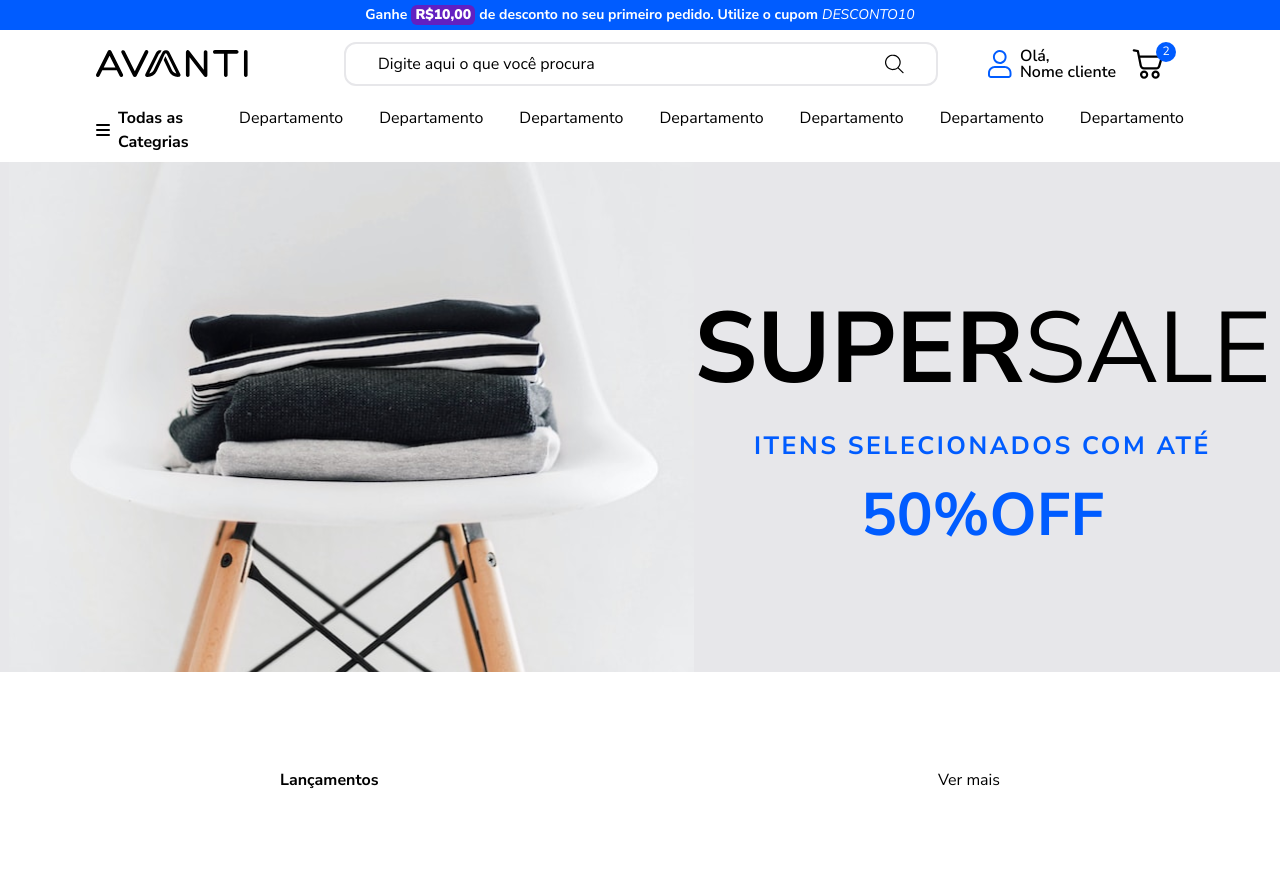
Repository: chidekina/avanti-01
Page: index.html
The author's editor kept a copy of each file at every save. The page is drawn from the files as they stood at one save, then again after the next save.
The browser window is 1280 px wide. The pictures show the whole page.

Above is the page before, as saved 2025-04-04 14:44:33.

### index.html
<!DOCTYPE html>
<html lang="en">
  <head>
    <meta charset="UTF-8" />
    <meta name="viewport" content="width=device-width, initial-scale=1.0" />
    <script src="https://cdn.jsdelivr.net/npm/@tailwindcss/browser@4"></script>
    <link rel="preconnect" href="https://fonts.googleapis.com" />
    <link rel="preconnect" href="https://fonts.gstatic.com" crossorigin />
    <link href="https://fonts.googleapis.com/css2?family=Nunito+Sans:ital,opsz,wght@0,6..12,200..1000;1,6..12,200..1000&family=Nunito:ital,wght@0,200..1000;1,200..1000&display=swap" rel="stylesheet" />
    <link rel="stylesheet" href="style.css" />
    <title>Avanti</title>
  </head>
  <body>
    <header class="mb-2">
      <h1 class="flex justify-center items-center bg-(--primary-color) text-white text-sm h-[30px] font-bold">
        Ganhe
        <b class="flex justify-center mx-1 bg-[#6220C1] heigth-[16px] w-[64px] rounded-md">R$10,00</b>
        de desconto no seu primeiro pedido. Utilize o cupom
        <i class="font-normal ml-1">DESCONTO10</i>
      </h1>
      <div class="mt-3 mb-5 px-24 flex justify-between w-full">
        <div class="flex gap-24">
          <img src="./assets/logo.svg" alt="Avanti Logo" class="w-[152px]" />
          <label>
            <div class="flex justify-between py-2 border-2 border-solid border-(--bg-color) px-8 rounded-xl cursor-text w-[594px]">
              <input type="text" placeholder="Digite aqui o que você procura" class="placeholder-black outline-none focus:placeholder-transparent w-1/2" />
              <img src="./assets/search.svg" />
            </div>
          </label>
        </div>
        <div class="flex gap-4">
          <div class="flex gap-2 items-center">
            <img src="./assets/user.svg" alt="icone do usuario" class="w-[24px]" />
            <h6 class="leading-none font-semibold">
              Olá,<br />
              Nome cliente
            </h6>
          </div>
          <div class="flex">
            <img src="./assets/cart.svg" alt="imagem de um carrinho de compras" class="w-[32px]" />
            <div class="relative bg-(--primary-color) w-[20px] h-[20px] text-center text-white text-[12px] rounded-full right-2">2</div>
          </div>
        </div>
      </div>
      <div class="flex px-24 w-full">
        <ul class="flex gap-9">
          <a href="#">
            <div class="flex gap-2">
              <img src="./assets/menu-hamburger.svg" alt="menu hamburguer" />
              <h5 class="font-bold">Todas as Categrias</h5>
            </div>
          </a>
          <a href="#"> Departamento </a>
          <a href="#"> Departamento </a>
          <a href="#"> Departamento </a>
          <a href="#"> Departamento </a>
          <a href="#"> Departamento </a>
          <a href="#"> Departamento </a>
          <a href="#"> Departamento </a>
        </ul>
      </div>
    </header>
    <main>
      <section class="flex justify-center items-center w-full height-[510px] bg-(--bg-color) font-(--font-secondary)">
        <img src="./assets/chair.svg" alt="Foto de uma cadeira com roupas dobradas em cima" />
        <div class="flex flex-col gap-1 text-center">
          <h1 class="text-[100px]"><b>SUPER</b>SALE</h1>
          <h4 class="text-[25px] text-(--primary-color) font-bold tracking-widest">ITENS SELECIONADOS COM ATÉ</h4>
          <h4 class="text-[60px] text-(--primary-color) font-bold">50%OFF</h4>
        </div>
      </section>
      <section class="py-[96px] px-[280px]">
        <div>
          <div class="flex justify-between">
            <h3 class="font-bold font-[20px]">Lançamentos</h3>
            <h4>Ver mais</h4>
          </div>
        </div>
      </section>
    </main>
  </body>
</html>

### style.css
:root {
    font-family: "Nunito Sans", sans-serif;
    --primary-color: #005CFF;
    --bg-color: #E7E7EA;
    --font-secondary: "Nunito", sans-serif;
}

After the next save:
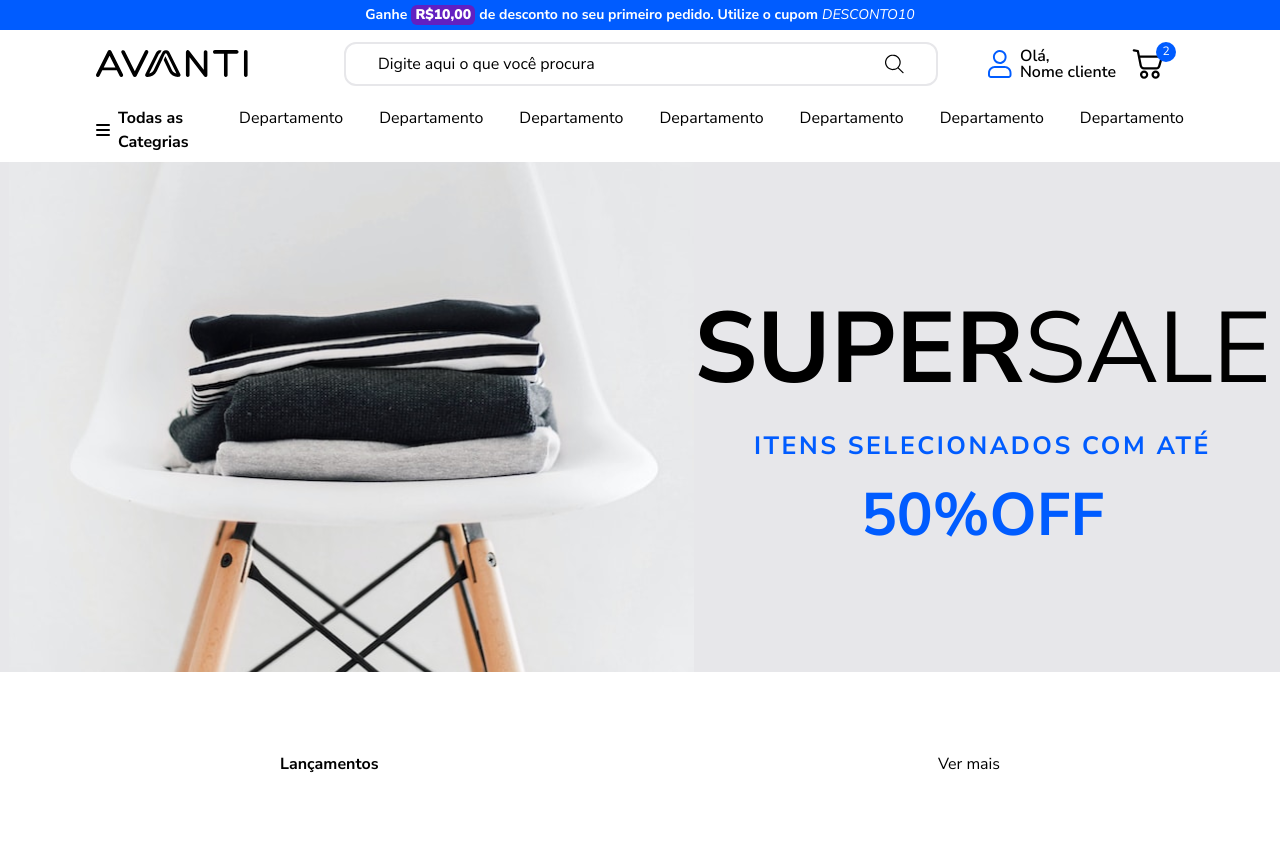
Saved 7 s later.
--- a/index.html
+++ b/index.html
@@ -69,7 +69,7 @@
           <h4 class="text-[60px] text-(--primary-color) font-bold">50%OFF</h4>
         </div>
       </section>
-      <section class="py-[96px] px-[280px]">
+      <section class="py-[80px] px-[280px]">
         <div>
           <div class="flex justify-between">
             <h3 class="font-bold font-[20px]">Lançamentos</h3>
